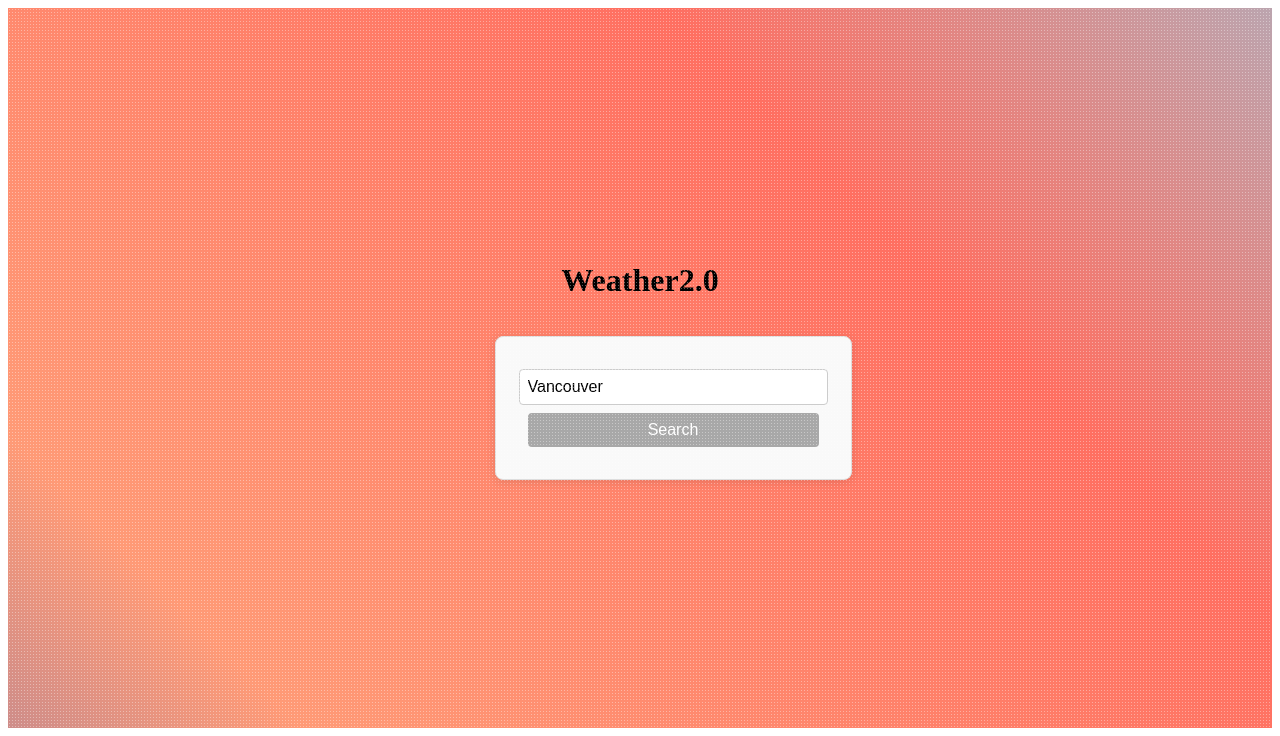
Repository: schwendyjr/COMP3170-Project
Page: /
The author's editor kept a copy of each file at every save. The page is drawn from the files as they stood at one save, then again after the next save.
The browser window is 1280 px wide. The pictures show the whole page.
The page's requests for data from a server got no answer. The project was rebuilt for these pictures with package versions that can differ from the ones it lists, and the page was loaded fresh each time. The framework's server and built-in components were replaced by stand-ins that run in the browser. No one was signed in, and anything a server would have sent is missing. Also part of the build but not shown: utils/formatDate.js, components/WeatherCardItem.js, components/Forecast.js.

Above is the page before, as saved 2024-12-03 20:42:37.

After the next save:
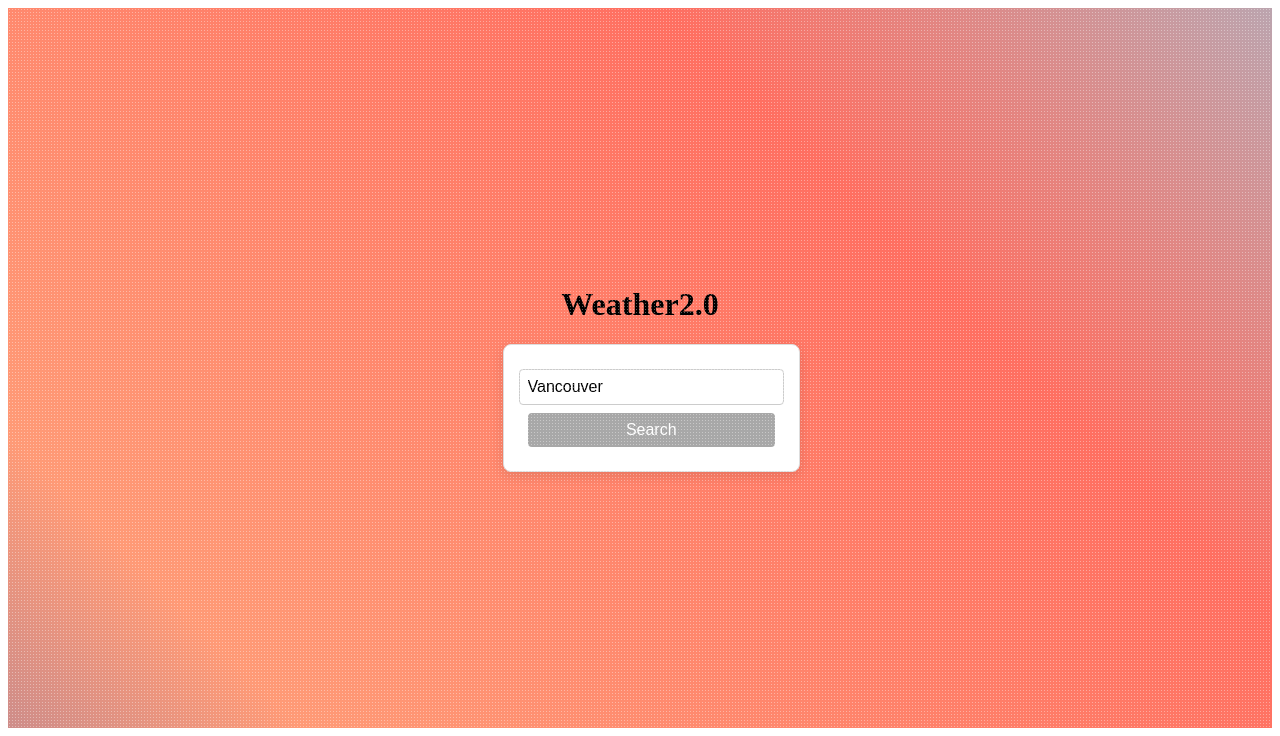
Saved 2 min 2 s later.
--- a/styles/Home.module.css
+++ b/styles/Home.module.css
@@ -121,19 +121,16 @@ pointer-events: none;
 
 .searchForm {
   display: flex;
-  gap: 0.5rem;
-  margin: 1rem 0;
+  flex-direction: column; /* Stack input and button */
   align-items: center;
-  justify-content: center;
-
-  flex-direction: column; /* Stack input and button */
-  padding: 2rem;
-  width: 100%;
-  max-width: 400px; /* Limit form width */
+  gap: 0.5rem; /* Space between input and button */
+  width: 90%; /* Responsive width */
+  max-width: 300px; /* Limit form size to make it smaller */
+  padding: 1.5rem;
   border: 1px solid #ddd;
   border-radius: 8px;
-  box-shadow: 0 2px 10px rgba(0, 0, 0, 0.1);
-  background-color: #f9f9f9;
+  box-shadow: 0 4px 12px rgba(0, 0, 0, 0.1);
+  background-color: #ffffff;
 }
 
 .searchForm input {
